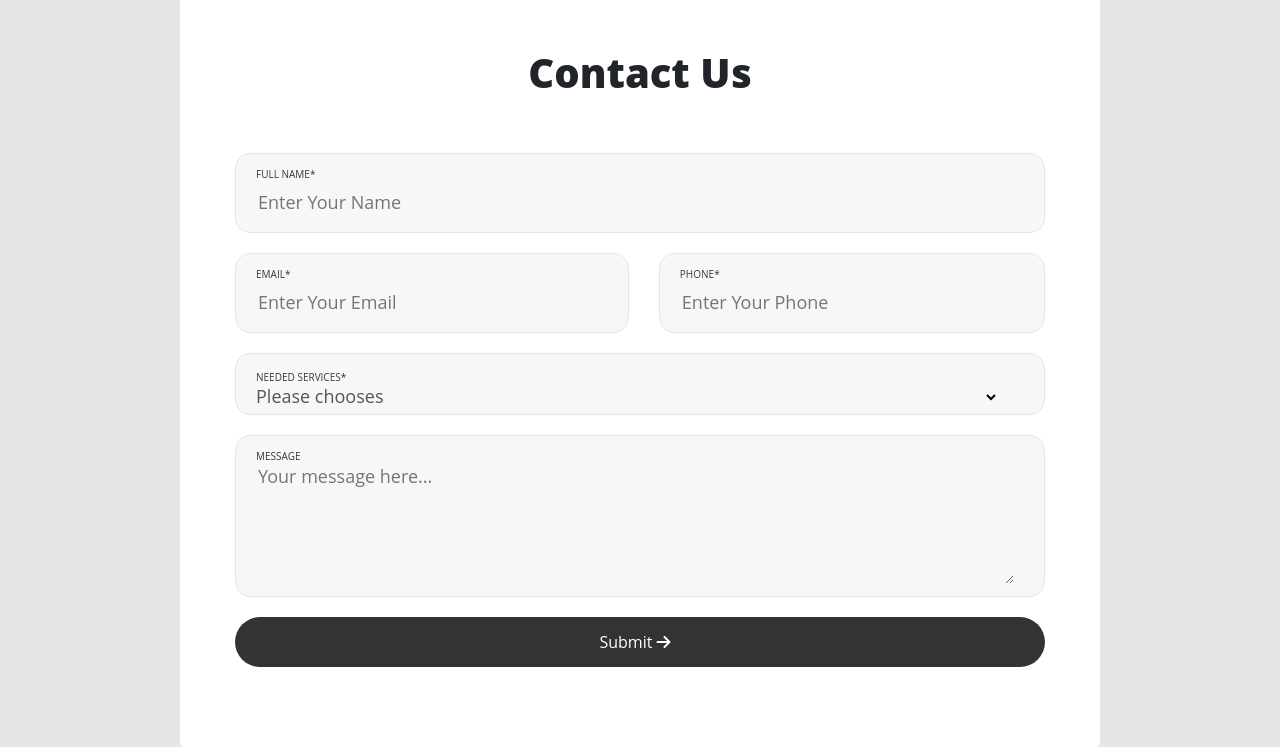
Repository: letrongtinh27/LapTrinhWeb
Page: form-contact/index.html
These files come from the project's save history. The page is drawn as it stood at one moment and after the next save; the edit follows.
The browser window is 1280 px wide. The pictures show the whole page.

Above is the page before, as saved 2022-10-09 12:57:00.

### form-contact/index.html
<!DOCTYPE html>
<html lang="en">
<head>
    <meta charset="UTF-8">
    <meta http-equiv="X-UA-Compatible" content="IE=edge">
    <meta name="viewport" content="width=device-width, initial-scale=1.0">
    <title>Form Contact Us</title>
    <link rel="stylesheet" href="https://cdn.jsdelivr.net/npm/bootstrap@4.3.1/dist/css/bootstrap.min.css" integrity="sha384-ggOyR0iXCbMQv3Xipma34MD+dH/1fQ784/j6cY/iJTQUOhcWr7x9JvoRxT2MZw1T" crossorigin="anonymous">
    <link rel="stylesheet" href="reset.css">
    <link rel="stylesheet" href="style.css">
    <link rel="stylesheet" href="https://cdnjs.cloudflare.com/ajax/libs/font-awesome/6.2.0/css/all.min.css" integrity="sha512-xh6O/CkQoPOWDdYTDqeRdPCVd1SpvCA9XXcUnZS2FmJNp1coAFzvtCN9BmamE+4aHK8yyUHUSCcJHgXloTyT2A==" crossorigin="anonymous" referrerpolicy="no-referrer" />
</head>
<body>
    <div class="contact">
        <h2 class="contact-title">Contact Us</h2>
        <form action="#" class="contact-form" autocomplete="off">
            <div class="form-group">
                <label for="">FULL NAME*</label>
                <input type="text" class="form-input" placeholder="Enter Your Name">
            </div>
            <div class="form-group-2">
            <div class="form-group  alpha ">
                <label for="">EMAIL*</label>
                <input type="email" class="form-input alpha" placeholder="Enter Your Email">
            </div>
            <div class="form-group alpha pr-3">
                <label for="">PHONE*</label>
                <input type="email" class="form-input" placeholder="Enter Your Phone">
            </div>
        </div>
            <div class="form-group select">
                <div class="select-bar">
                <span for="">NEEDED SERVICES*</span>
                <select name="service" id="select-menu">
                </select>
                <p>Please chooses</p>
            </div>
        </div>
            <div class="form-group">
                <label for="">MESSAGE</label>
                <textarea name="" id="" cols="30" rows="10" class="text-area" placeholder="Your message here..."></textarea>
            </div>
                <button class="form-group form-submit btn-submit">Submit <i class="fa-solid fa-arrow-right"></i></button>
        </form>
    </div>
    <script src="https://code.jquery.com/jquery-3.3.1.slim.min.js" integrity="sha384-q8i/X+965DzO0rT7abK41JStQIAqVgRVzpbzo5smXKp4YfRvH+8abtTE1Pi6jizo" crossorigin="anonymous"></script>
    <script src="https://cdn.jsdelivr.net/npm/popper.js@1.14.7/dist/umd/popper.min.js" integrity="sha384-UO2eT0CpHqdSJQ6hJty5KVphtPhzWj9WO1clHTMGa3JDZwrnQq4sF86dIHNDz0W1" crossorigin="anonymous"></script>
    <script src="https://cdn.jsdelivr.net/npm/bootstrap@4.3.1/dist/js/bootstrap.min.js" integrity="sha384-JjSmVgyd0p3pXB1rRibZUAYoIIy6OrQ6VrjIEaFf/nJGzIxFDsf4x0xIM+B07jRM" crossorigin="anonymous"></script>
</body>
</html>

### form-contact/style.css
body {
    font-family: 'Open Sans',sans-serif;
    width: 100%;
    height: 100vh;
    display: flex;
    align-items: center;
    justify-content: center;
    background: #e6e6e6;
}

.contact{
   width: 100%;
   max-width: 920px;
   background-color: #ffffff;
   border-radius: 5px;
   padding: 80px 55px;
}
.contact-title{
    font-size: 40px;
    text-align: center;
    padding-bottom: 60px;
    font-weight: 800;
}

.form-group{
    margin-bottom: 20px;
    width: 100%;
    border: 1px solid #e6e6e6;
    background-color: #f7f7f7;
    border-radius: 15px;
    padding: 10px 30px 10px 20px;
}

.form-group-2 {
    display: flex;
    justify-content: space-between;
}

.select #select-menu {
    display: flex;
    float: right;
    margin: 20px 0 0 -4px;
    border: 0;
    background-color: #f7f7f7;
}

.form-group-2 > .form-group:first-child{
    margin-right: 15px;
}

.form-group-2 > .form-group:last-child{
    margin-left: 15px;
}
 .alpha {
    width: calc((100%-30px)/2);
}
.form-input, p, .text-area, .select-bar{
    font-family: 'Open Sans',sans-serif;
    color: #555555;
    background-color: #f7f7f7;
    width: 100%;
    padding-right: 15px;
    line-height: 1.2;
    height: 40px;
    font-size: 18px;
    outline: none;
    border: 0;
}
label, .form-group span  {
    color: #393939;
    font-size: 10px;
    line-height: 1.5;
}
.form-submit{
    border: 0;
    background-color: #333333;
    color: white;
}
.btn-submit {
    background-color: #333333;
    border-radius: 30px;
    height: 50px;
    margin: auto auto;
    cursor: pointer;
}

.text-area {
    height: 120px;
}

.select p {
    height: 0px;
}

Loaded but not shown: form-contact/reset.css (common file)

After the next save:
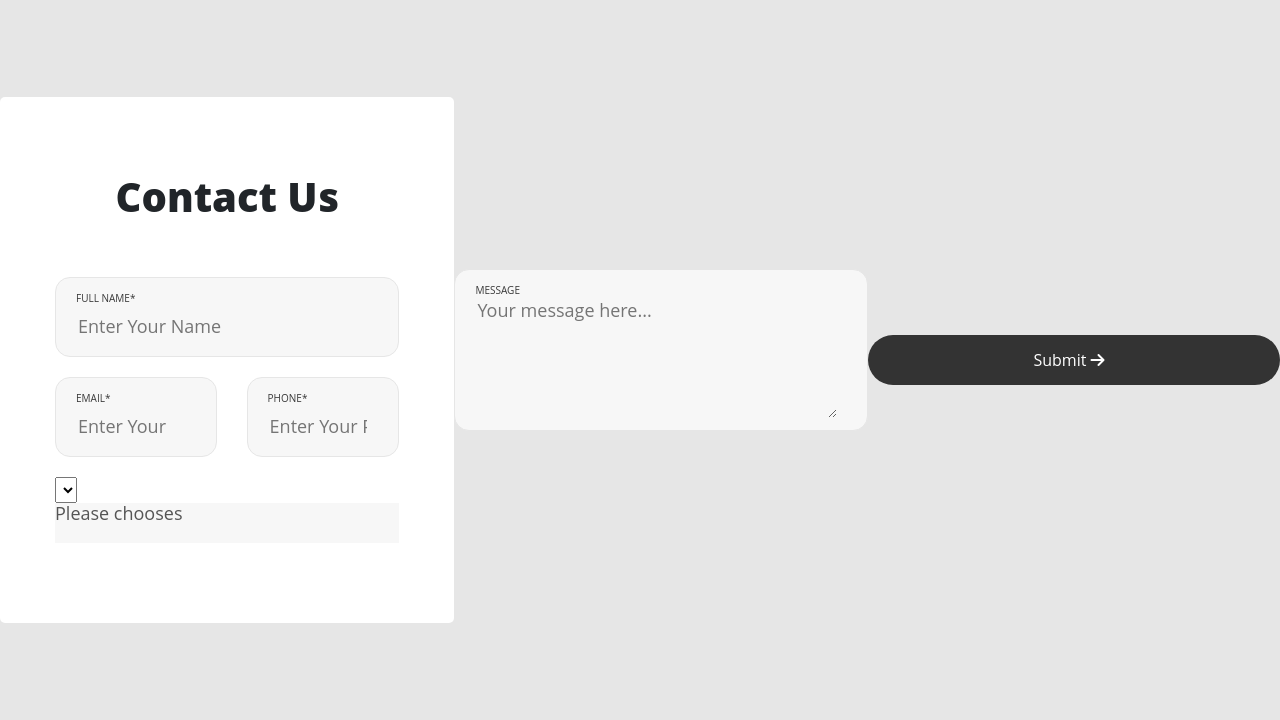
Saved 26 s later.
--- a/form-contact/index.html
+++ b/form-contact/index.html
@@ -28,6 +28,7 @@
                 <input type="email" class="form-input" placeholder="Enter Your Phone">
             </div>
         </div>
+        <select name="" id="">
             <div class="form-group select">
                 <div class="select-bar">
                 <span for="">NEEDED SERVICES*</span>
@@ -35,7 +36,9 @@
                 </select>
                 <p>Please chooses</p>
             </div>
+
         </div>
+    </select>
             <div class="form-group">
                 <label for="">MESSAGE</label>
                 <textarea name="" id="" cols="30" rows="10" class="text-area" placeholder="Your message here..."></textarea>

After the save that followed:
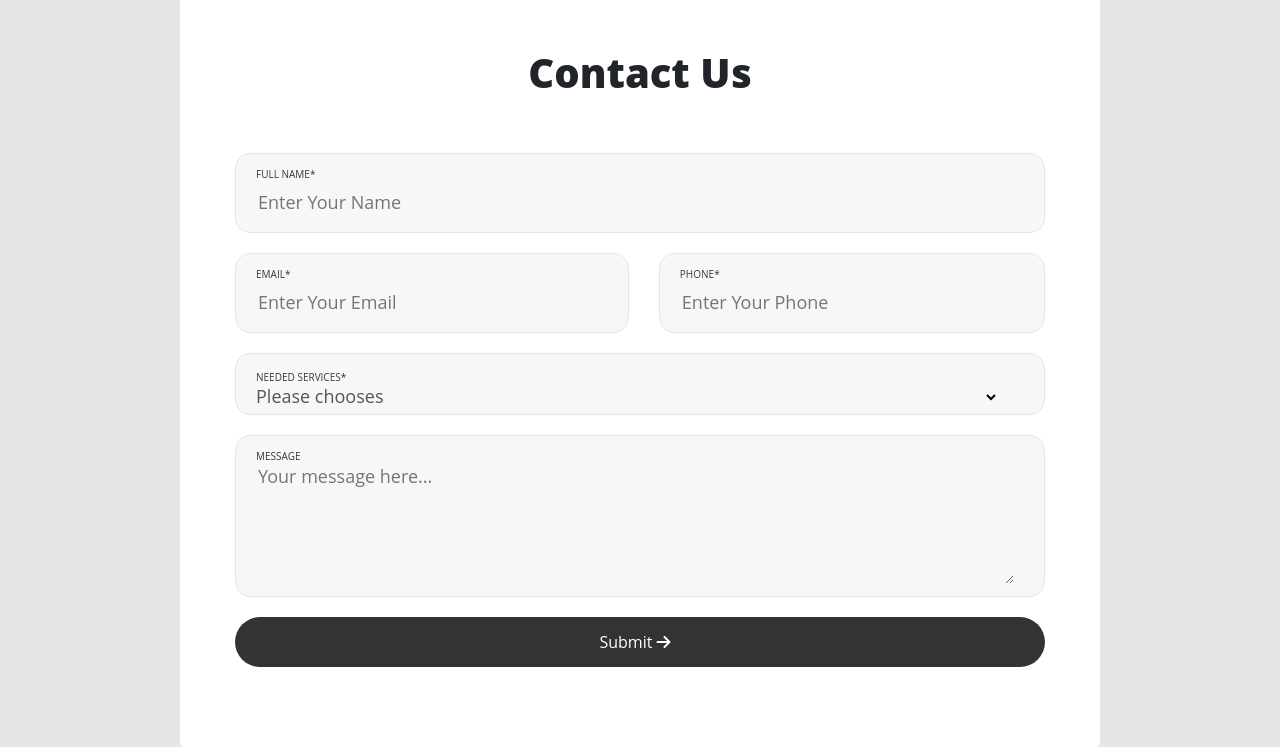
Saved 10 s later.
--- a/form-contact/index.html
+++ b/form-contact/index.html
@@ -28,7 +28,6 @@
                 <input type="email" class="form-input" placeholder="Enter Your Phone">
             </div>
         </div>
-        <select name="" id="">
             <div class="form-group select">
                 <div class="select-bar">
                 <span for="">NEEDED SERVICES*</span>
@@ -36,9 +35,7 @@
                 </select>
                 <p>Please chooses</p>
             </div>
-
         </div>
-    </select>
             <div class="form-group">
                 <label for="">MESSAGE</label>
                 <textarea name="" id="" cols="30" rows="10" class="text-area" placeholder="Your message here..."></textarea>
